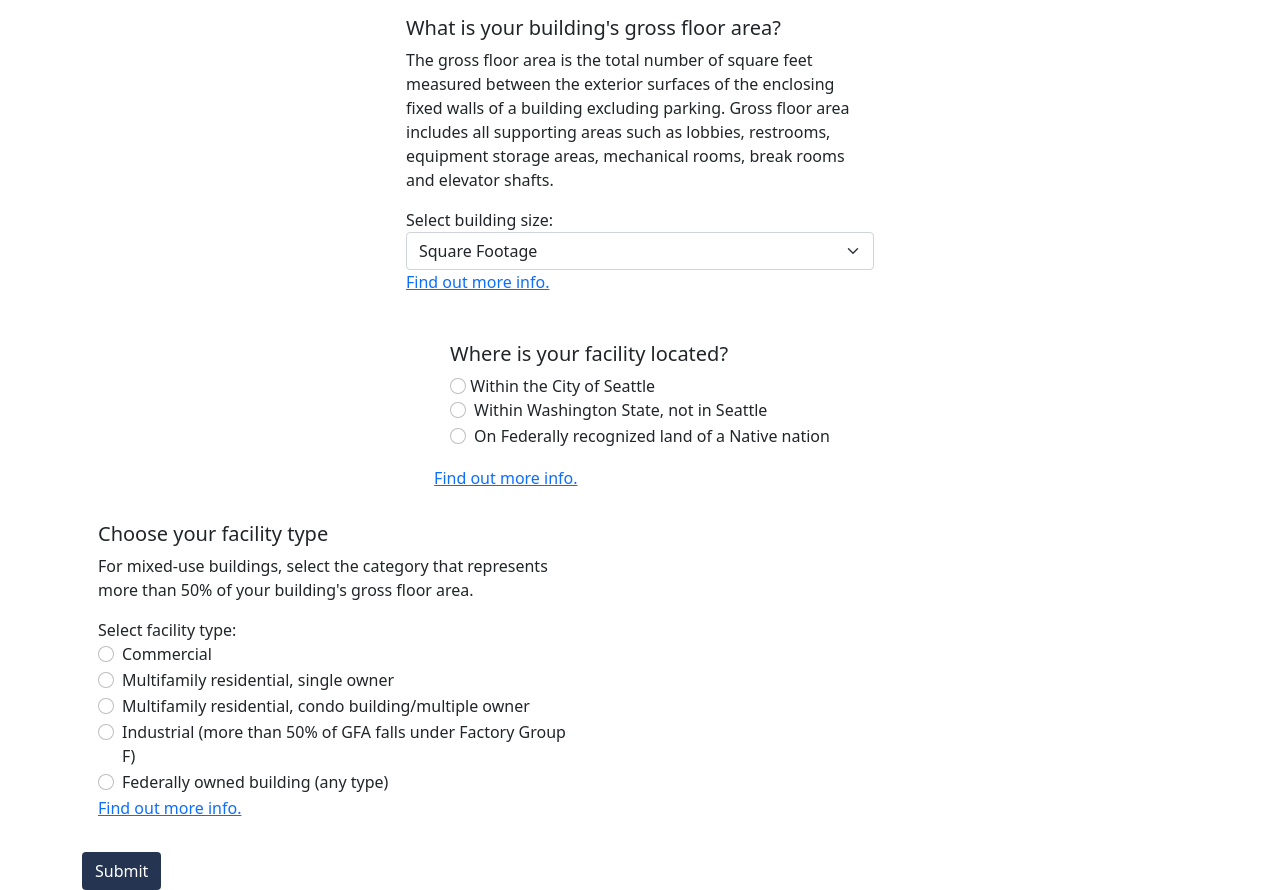
Repository: ChaidGPT/SershonSystemsQuiz
Page: index.html
These files come from the project's save history. The page is drawn as it stood at one moment and after the next save; the edit follows.
The browser window is 1280 px wide. The pictures show the whole page.

Above is the page before, as saved 2023-07-07 10:54:49.

After the next save:
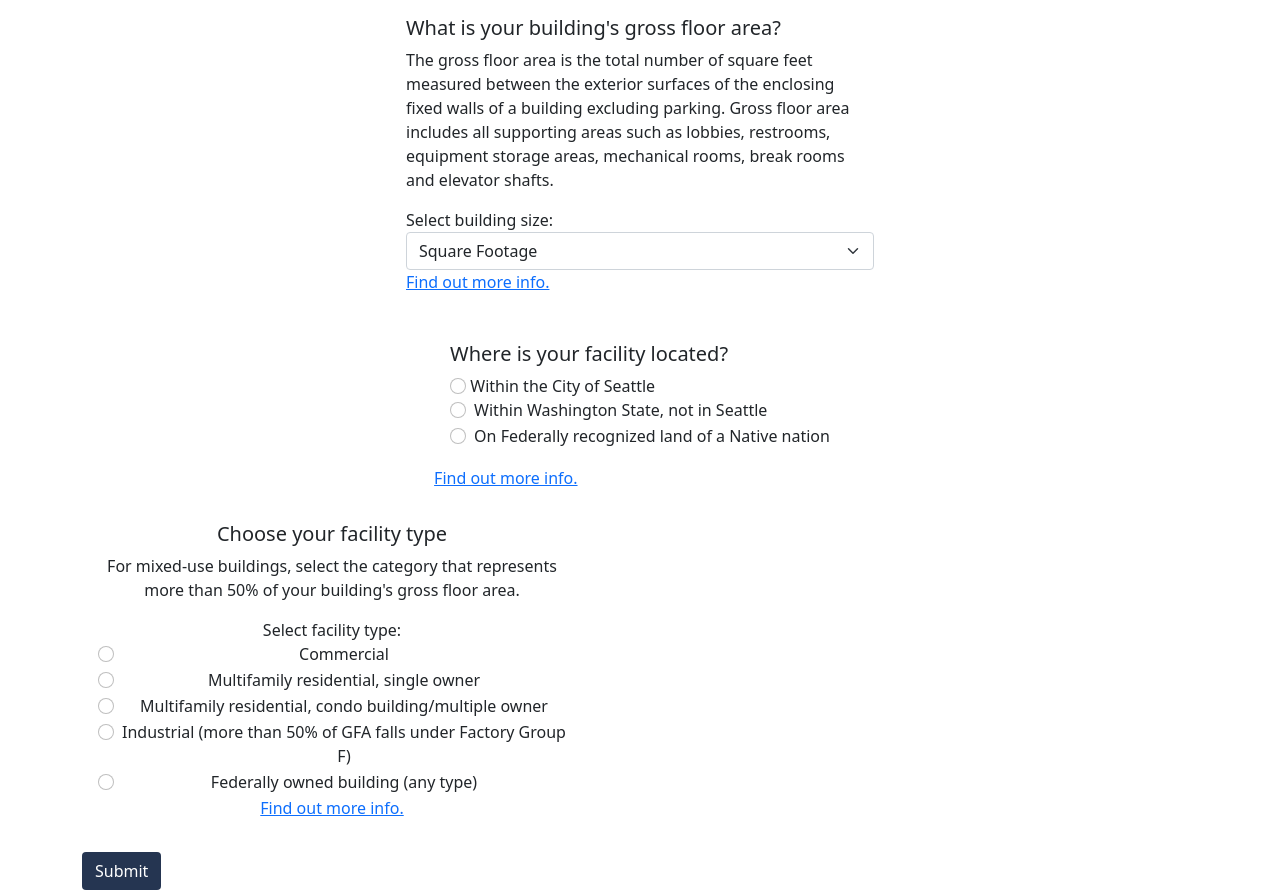
Saved 77 s later.
--- a/index.html
+++ b/index.html
@@ -75,7 +75,7 @@
 					<!-- Question 2 Card End -->
 
 					<!-- Question 3 Card -->
-<div class="card mb-3">
+<div class="card mb-3 text-center">
     <div class="card-body">
         <h5 class="card-title">Choose your facility type</h5>
         <p class="card-text">For mixed-use buildings, select the category that represents more than 50% of your building's gross floor area.</p>
